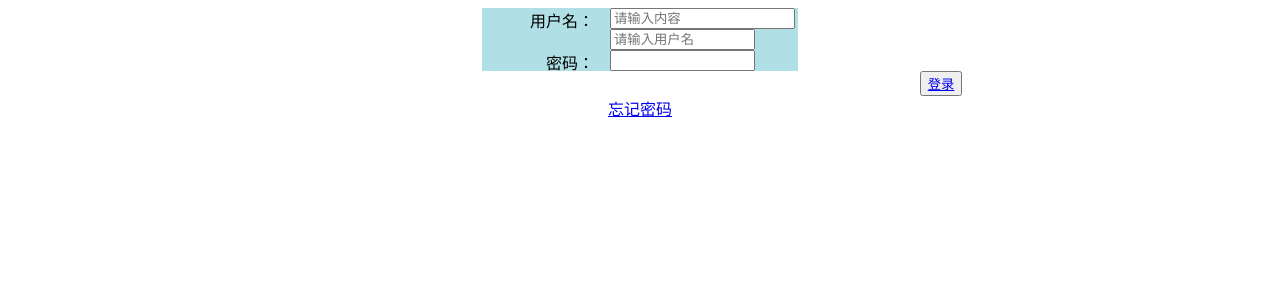
Repository: never-404/Intelligent-recommendation-system
Page: http://localhost/Intelligent-recommendation-system/log.jsp
An editor plug-in stored every save of this project. The page is shown before and after the next save, followed by the edit.
The browser window is 1280 px wide. The pictures show the whole page.
The page is served by Tomcat 9. Nobody is signed in. The application's start-up code is not run.

Above is the page before, as saved 2019-04-14 14:48:48.

After the next save:
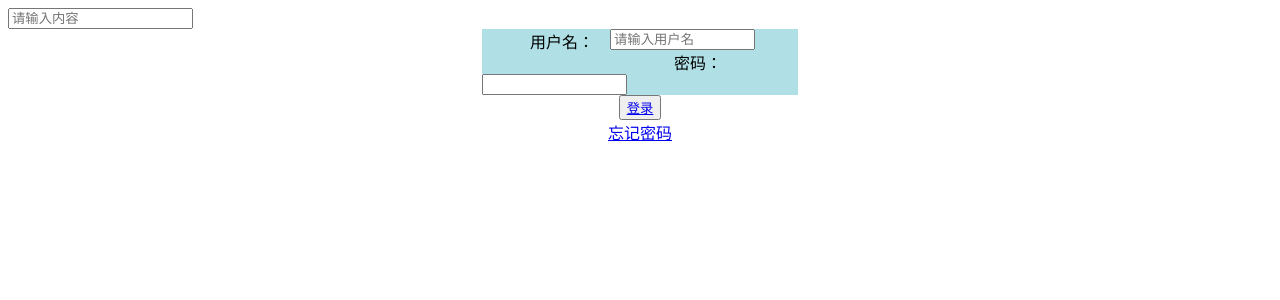
Saved 28 s later.
--- a/Intelligent-recommendation-system/WebRoot/log.jsp
+++ b/Intelligent-recommendation-system/WebRoot/log.jsp
@@ -31,8 +31,11 @@
 	</head>
 
 	<body>
+
+
+	<input type="text" name="use" placeholder="请输入内容" />
     <div class="table">
-   		<input type="text" name="use" placeholder="请输入内容" />
+
     	<lable>用户名：</lable><input type="text" name="number" placeholder="请输入用户名" size="15" maxlength="10"/>
         <!--学号为10位-->
         <br>
